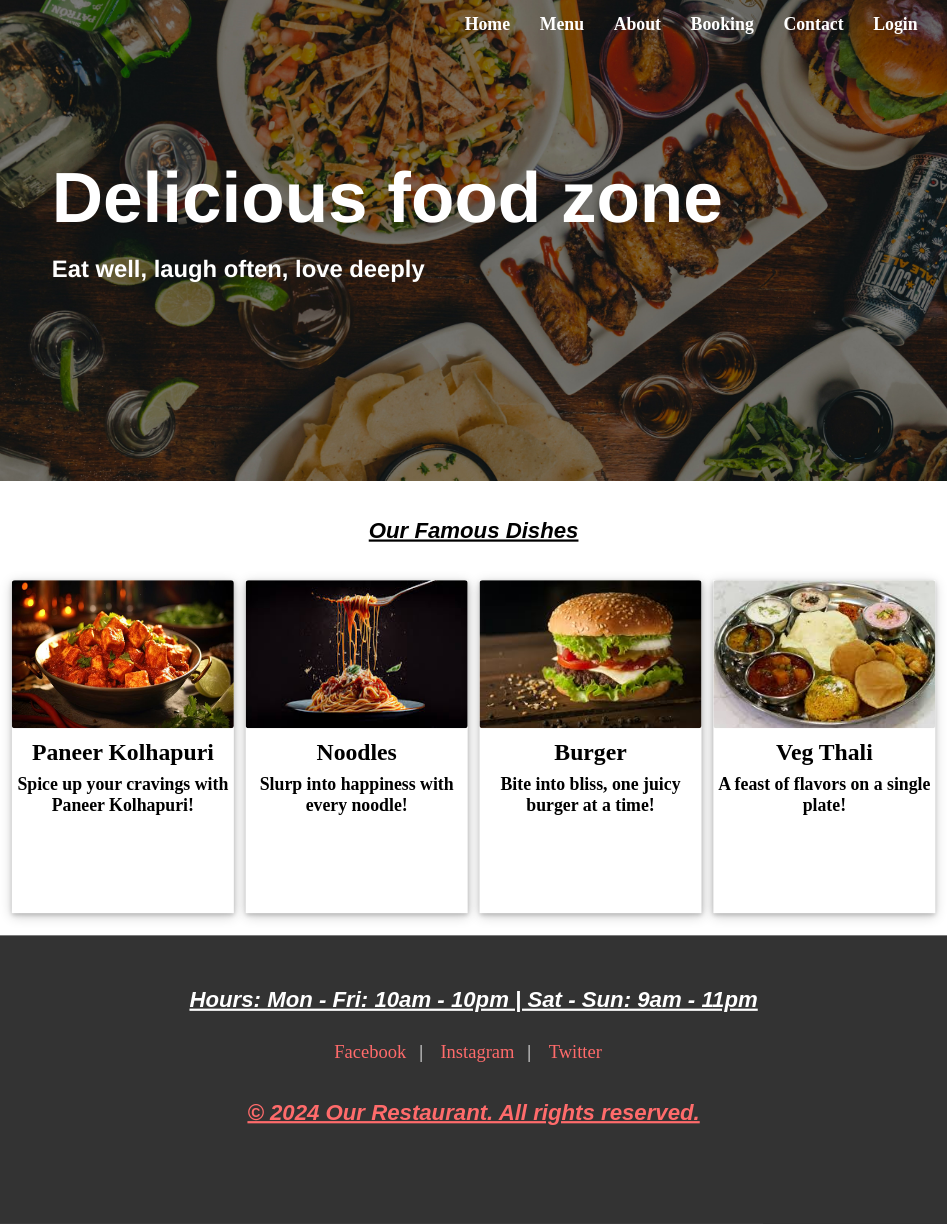
Repository: Shreya-Bonde/Restaurant-management-system
Page: index.html
An editor plug-in stored every save of this project. The page is shown before and after a run of saves, followed by the edit.
The browser window is 1280 px wide. The pictures show the whole page, at 74% of full size.

Above is the page before, as saved 2024-10-10 14:38:00.

### index.html
<!DOCTYPE html>
<html lang="en">
<head>
    <meta charset="UTF-8">
    <meta name="viewport" content="width=device-width, initial-scale=1.0">
    <title>Document</title>
    <link rel="stylesheet" href="style.css">
</head>
<body>
    <header>
        <div class="banner-container">
                <nav class="navbar">
                    <ul>
                        <li><a href="#home">Home</a></li>
                        <li><a href="#menu">Menu</a></li>
                        <li><a href="/about.html">About</a></li>
                        <li><a href="/booking.html">Booking</a></li>
                        <li><a href="/contact.html">Contact</a></li>
                        <li><a href="/login.html">Login</a></li>
                    </ul>
                </nav>
                <div class="centered-text">
                    <h1>Delicious food zone</h1>
                    <h6>Eat well, laugh often, love deeply</h6>
                </div>
         </div>
    </header>
        <p>Our Famous Dishes</p>
        <div class="Flex">
            <div class="flex-item fitem1">
                <img src="paneer kolhapuri.jpg" alt="">
                <h1>Paneer Kolhapuri</h1>
                <h2>Spice up your cravings with Paneer Kolhapuri!</h2>
            </div>
            <div class="flex-item fitem2">
                <img src="noodles1.jpg" alt="">
                <h1>Noodles</h1>
                <h2>Slurp into happiness with every noodle!</h2>
            </div>
            <div class="flex-item fitem3">
                <img src="burger.jpg" alt="">
                <h1>Burger</h1>
                <h2>Bite into bliss, one juicy burger at a time!</h2>
            </div>
            <div class="flex-item fitem4">
                <img src="veg thali.jpg" alt="">
                <h1>Veg Thali</h1>
                <h2>A feast of flavors on a single plate!</h2>
            </div>
        </div>

    <footer>
        <div>
            <p>Hours: Mon - Fri: 10am - 10pm | Sat - Sun: 9am - 11pm</p>

            <div class="social-media">
                <div class="sm-handle">
                    <a href="#" target="_blank" class="yt_handle"
                     rel="noopener noreferrer"> <i class="fa fa-youtube fa-lg yt_handle"></i>Facebook</a>&nbsp;&nbsp;|&nbsp;&nbsp;
                <a href="#" target="_blank" class="linkedin_handle"
                rel="noopener noreferrer"> <i class="fa fa-linkedin fa-lg linkedin_handle"></i>Instagram</a>&nbsp;&nbsp;|&nbsp;&nbsp;
                <a href="#" target="_blank" class="insta_handle"
                 rel="noopener noreferrer"> <i class="fa fa-instagram fa-lg insta_handle"></i>Twitter</a>

                <a href="#" class="social-icon"><i class="fab fa-facebook"></i></a>
                <a href="#" class="social-icon"><i class="fab fa-instagram"></i>

                    <p>&copy; 2024 Our Restaurant. All rights reserved.</p>


            </div>
        </div>
    </footer>
</body>
</html>

### style.css
* {
    box-sizing: border-box;
    margin: 0;
    padding: 0;
}
.banner-container {
    background-image: url(background1.jpg);
    background-repeat: no-repeat;
    background-size: cover;
    position: relative;
    width: 100%;
    height: 650px;
}
.navbar {
    position: absolute;
    top: 0;
    right: 0;
    padding: 20px;
}
.centered-text {
    position: absolute;
    top: 30%;
    left: 70px;
    color: white;
    line-height: 1.5;
    font-weight: bold;
    font-size: 3rem;
    font-family: 'Franklin Gothic Medium', 'Arial Narrow', Arial, sans-serif;
}
h6 {
    justify-content: center;
    margin-bottom: 20px;
}
nav ul {
    list-style-type: none;
    margin: 0;
    padding: 0;
    display: flex;
    justify-content: right;
    font-size: 1.5rem;
}
nav ul li {
    margin: 0 20px;
}
nav ul li a {
    color: white;
    text-decoration: none;
    font-weight: bold;
}
nav ul li a:hover {
    text-decoration: underline;
}
.Flex {
    width: 100%;
    display: flex;
    flex-wrap: wrap;
    box-sizing: gray;
    align-items: center;
    justify-content: space-evenly;
}
.flex-item {
    box-shadow: 0 2px 6px 0 rgba(0,0,0,0.2), 0 4px 16px 0 rgba(0,0,0,0.2);
    margin: 0;
    padding: 0;
}
.flex-item img {
 width: 100%;
 object-fit: fill;
}
.flex-item {
    margin-top: 20px;
    margin-bottom: 30px;
    display: inline-block;
    background-color: white;
    width: 300px;
    height: 450px;
    text-align: center;
}
.flex-item:hover {
    transform: scale(1.05);
}
img {
    width: 100%;
    height: 200px;
    object-fit: fill;
    border-radius: 4px;
}
p {
    text-align: center;
    font-size: 30px;
    font-weight: bold;
    font-style: oblique;
    font-family: Arial, Helvetica, sans-serif;
    padding: 50px 20px 30px;
    text-decoration: underline;
}
.flex-item h2 {
    line-height: 1.2;
}
.flex-item h1 {
    padding-top: 10px;
    padding-bottom: 10px;
}
footer {
    text-align: center;
    padding: 20px 0;
    background-color: #333;
    color: #fff;
    width: 100%;
    font-size: 25px;
}
.footer-content {
    padding: 10px 0;
}
.footer-content a:hover {
    text-decoration: underline;
}
.social-media {
    color: white;
    margin-top: 10px;
}
footer a {
    color: #ff6b6b;
    text-decoration: none;
    margin: 0 5px;
}
footer a:hover {
    text-decoration: underline;
}

After the next 3 saves:
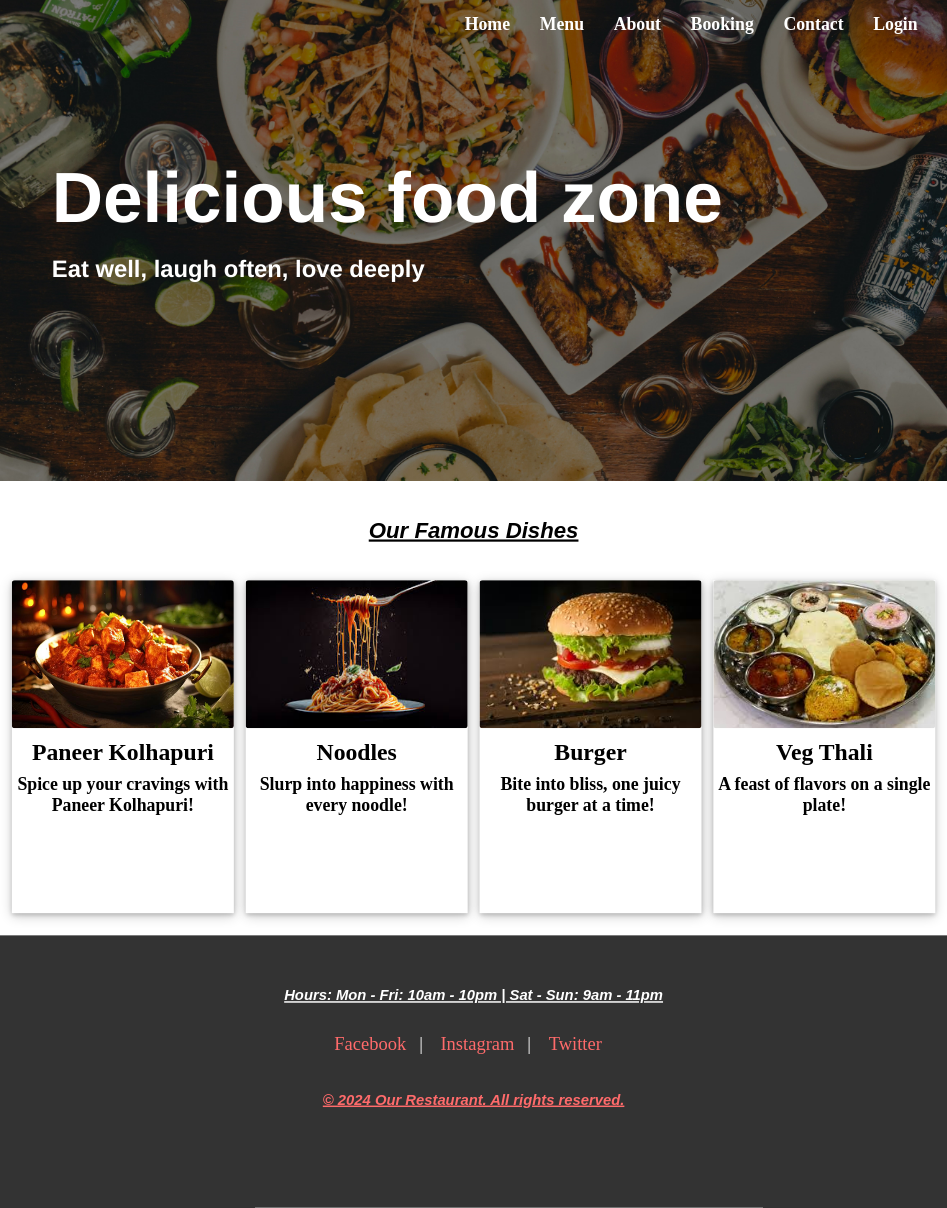
The 3 saves are shown as one change because they came seconds apart.
The last was saved 14 s later.
--- a/style.css
+++ b/style.css
@@ -127,3 +127,6 @@ footer a {
 footer a:hover {
     text-decoration: underline;
 }
+footer p {
+    font-size: 20px;
+}
